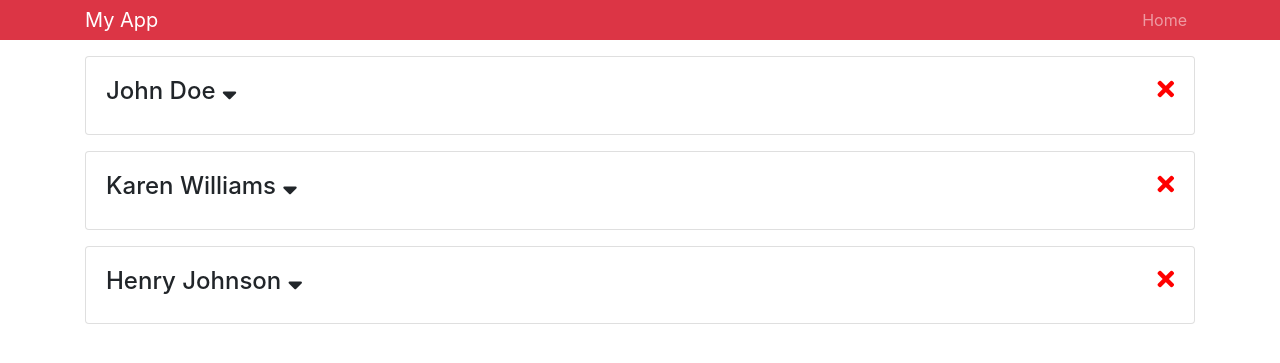
Repository: Mtbwka/contactmanager
Page: /contact/add
An editor plug-in stored every save of this project. The page is shown before and after the next save, followed by the edit.
The browser window is 1280 px wide. The pictures show the whole page.
Some web libraries are served in a nearby version. The project was rebuilt for these pictures with package versions that can differ from the ones it lists, and the page was loaded fresh each time.

Above is the page before, as saved 2019-04-25 23:05:19.

After the next save:
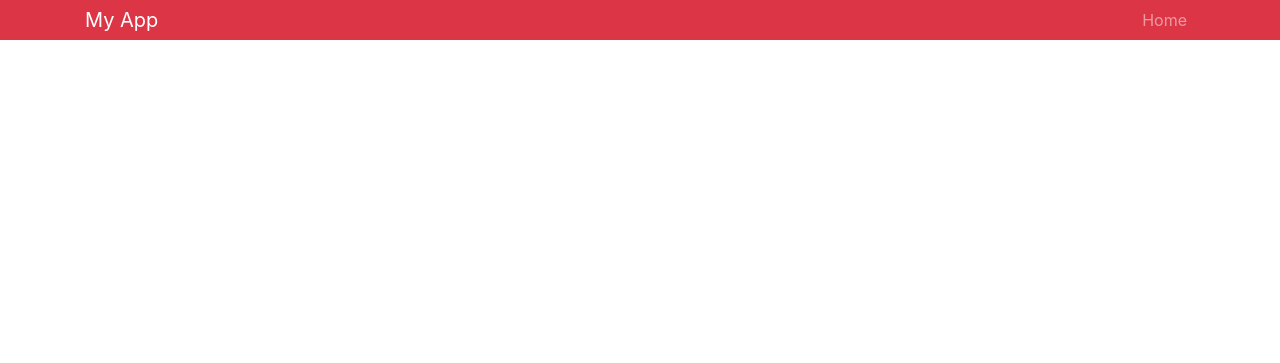
Saved 2 min 53 s later.
--- a/src/components/Contacts.js
+++ b/src/components/Contacts.js
@@ -33,17 +33,7 @@
   render() {
     const { contacts } = this.state;
 
-    return (
-      <React.Fragment>
-        {contacts.map(contact => (
-          <Contact
-            key={contact.id}
-            contact={contact}
-            deleteClickHandler={this.deleteContact}
-          />
-        ))}
-      </React.Fragment>
-    );
+    return <React.Fragment />;
   }
 }
 

After the save that followed:
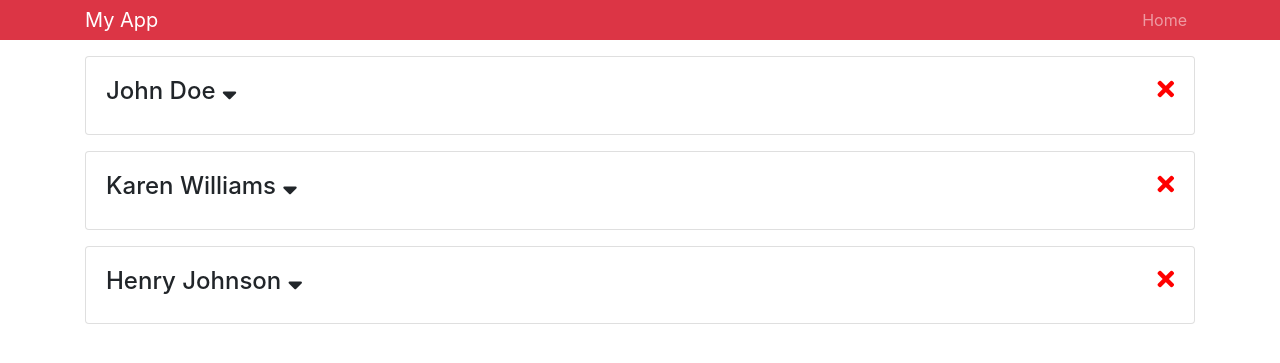
Saved 6 s later.
--- a/src/components/Contacts.js
+++ b/src/components/Contacts.js
@@ -33,7 +33,17 @@
   render() {
     const { contacts } = this.state;
 
-    return <React.Fragment />;
+    return (
+      <React.Fragment>
+        {contacts.map(contact => (
+          <Contact
+            key={contact.id}
+            contact={contact}
+            deleteClickHandler={this.deleteContact}
+          />
+        ))}
+      </React.Fragment>
+    );
   }
 }
 
